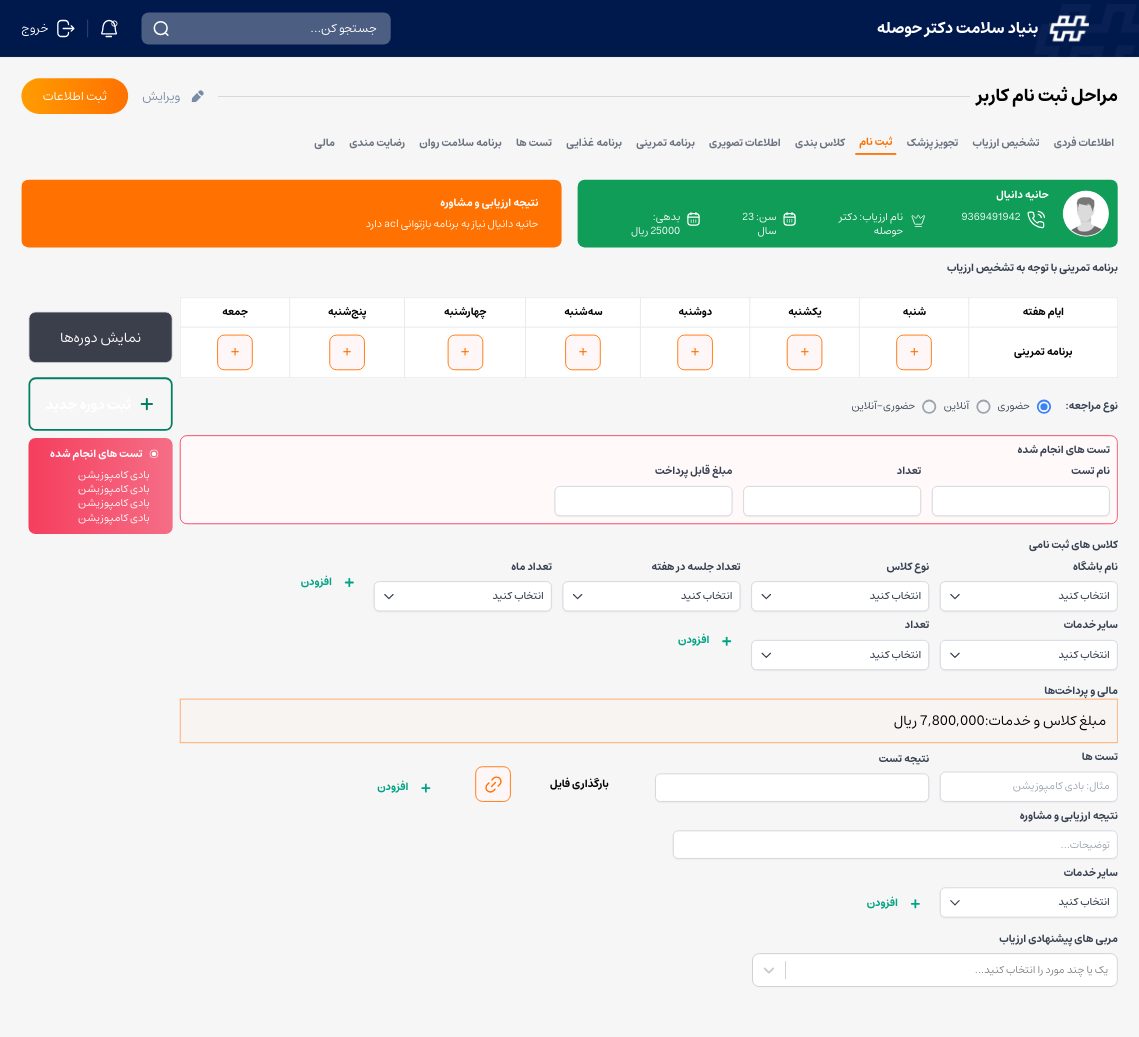
Repository: mirnajafi/ERP_hoseleh_V1.0
Page: /register, after clicking the first element matching `div.flex > :nth-child(4)`
The author's editor kept a copy of each file at every save. The page is drawn from the files as they stood at one save, then again after a run of saves.
The browser window is 1280 px wide. The pictures show the whole page, at 89% of full size.
Some web fonts or font styles are not loaded; a fallback is used. The project was rebuilt for these pictures with package versions that can differ from the ones it lists, and the page was loaded fresh each time. The framework's server and built-in components were replaced by stand-ins that run in the browser. Also part of the build but not shown: next.config.mjs, src/components/icons/trash.tsx, src/components/weekTable/weekTable.css, src/components/icons/copy.tsx, src/components/recognitionEvaluator/recognitionEvaluator.tsx.

Above is the page before, as saved 2025-03-01 00:02:40.

After the next 2 saves:
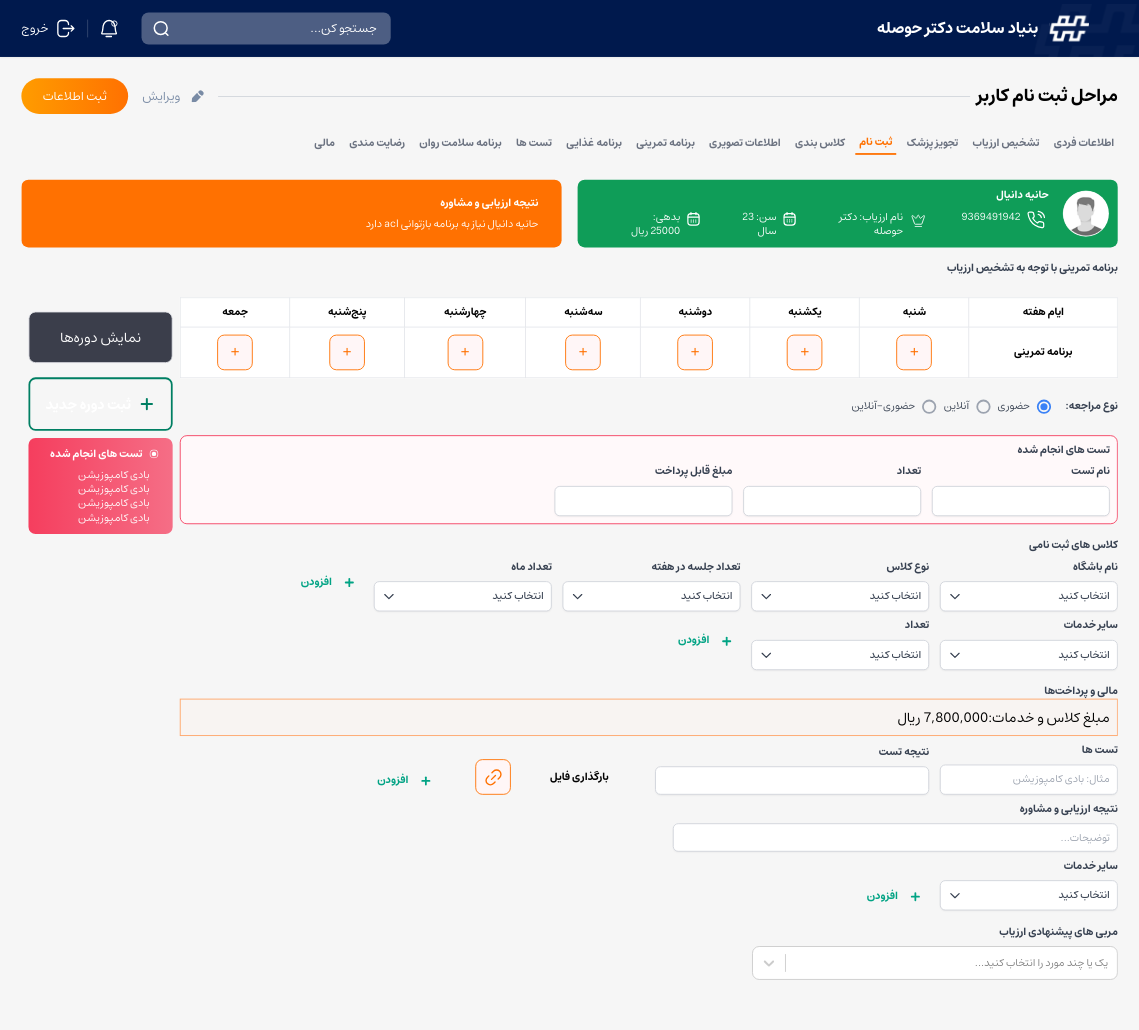
The 2 saves are shown as one change because they came seconds apart.
The last was saved 15 s later.
--- a/src/components/registration/registration.tsx
+++ b/src/components/registration/registration.tsx
@@ -158,7 +158,7 @@ const Registration = () => {
                     <label className="text-xs font-bold text-gray-700 ml-4 mt-4">مالی و پرداخت‌ها</label>
 
                     <div className="">
-                        <div className="border border-[#FFA466] p-3 bg-[#FEE8D82B]"><span>مبلغ کلاس و خدمات:</span><span>7,800,000 ریال</span></div>
+                        <div className="border border-[#FFA466] p-[8px] bg-[#FEE8D82B]"><span>مبلغ کلاس و خدمات:</span><span>7,800,000 ریال</span></div>
 
 
                     </div>
